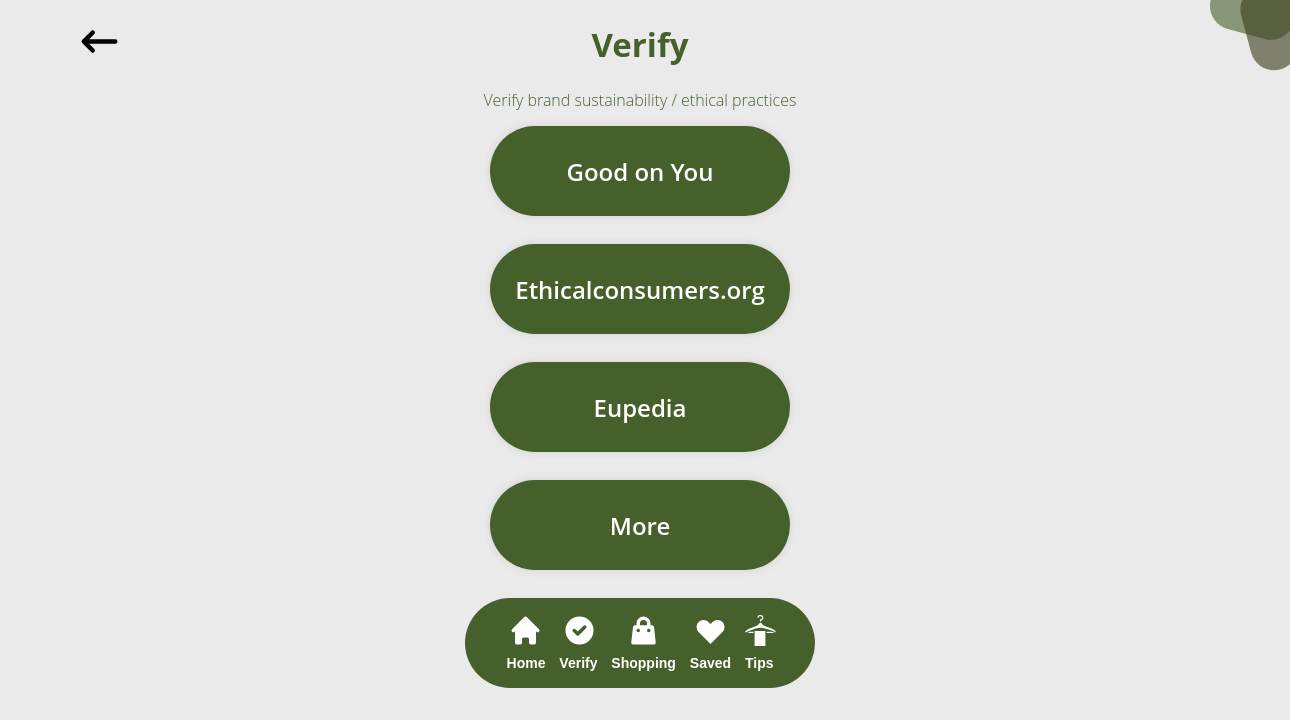
Repository: DevOfHockey/dcdfinal-mobile
Page: /verifier
These files come from the project's save history. The page is drawn as it stood at one moment and after the next save; the edit follows.
The browser window is 1280 px wide. The page is 1290 px wide, so the pictures cover 1290 px, including what lies to the right of the window. The pictures show the whole page.
The project was rebuilt for these pictures with package versions that can differ from the ones it lists, and the page was loaded fresh each time. The framework's server and built-in components were replaced by stand-ins that run in the browser. Also part of the build but not shown: next.config.js, comps/headerimage.js, comps/shopdenimimg.js, pages/denimjacket.js.

Above is the page before, as saved 2022-05-19 13:35:09.

### pages/_app.js
import Menubar from '../comps/menubar';
import '../styles/globals.css'
import '../styles/menubar.css'
import styles from "../styles/Home.module.css"
import FlowerTopRight from '../comps/flower'; //important! to import


function MyApp({ Component, pageProps }) {
  return (
  <>
    <Component {...pageProps} />
    <FlowerTopRight/>
    <Menubar />
  </>
  )
}
export default MyApp

### pages/verifier.js
//1- If u want u can import styled.components & do more styling here
//2- Use router is to route the pages if u want

import HeaderImgs from "../comps/headerimage";
import GreenBar from "../comps/greenbar";
import styles from "../styles/Home.module.css";
import {headerImgs} from "../data/headimgs";
import {useRouter} from 'next/router';
import {HiArrowNarrowLeft} from 'react-icons/hi';
import Fade from 'react-reveal/Fade';

export default function Home(){
    const r = useRouter();

    return <div className={styles.main}>
        <div className="pagetitle">
            <h1 className="header">Verify</h1>
            <p className="subheading">Verify brand sustainability / ethical practices </p>
        </div>

        <div>
        <div className="arrow" onClick={
            ()=>r.push("/")
        }><HiArrowNarrowLeft size="45px" color="black" /></div>
        </div>

        <div>
        <Fade bottom>
        <div onClick={
            ()=>r.push("https://goodonyou.eco/")
        }><GreenBar name="Good on You" /></div>
        <div onClick={
            ()=>r.push("https://goodonyou.eco/")
        }><GreenBar name="Ethicalconsumers.org" /></div>
                <div onClick={
            ()=>r.push("https://goodonyou.eco/")
        }><GreenBar name="Eupedia" /></div>
                <div onClick={
            ()=>r.push("https://goodonyou.eco/")
        }><GreenBar name="More" /></div>
                <div onClick={
            ()=>r.push("https://goodonyou.eco/")
        }></div>
        </Fade>
        </div>

    </div>

}

### comps/menubar.js
import React from "react";
import Head from 'next/head'
import {HiHome, HiCheckCircle, HiShoppingBag, HiHeart} from 'react-icons/hi';
import {GiHanger} from 'react-icons/gi';
import {useRouter} from 'next/router';

function Menubar() {
    const r = useRouter();
    if (r.pathname=== '/'){
        return <div className='menubarcont'>
            </div>
    }



    return <div className='menubarcont'>
        <div className='menubar'>
        <div className='icons'>
            <p onClick={
                ()=>r.push("/home")
            }><HiHome size="35px" color="white"/></p>

            <p onClick={
                ()=>r.push("/verifier")
            }><HiCheckCircle size="35px" color="white"/></p>

            <p onClick={
                ()=>r.push("/shopping")
            }><HiShoppingBag size="35px" color="white"/></p>

            <p onClick={
                ()=>r.push("/saved")
            }><HiHeart size="35px" color="white"/></p>

            <p onClick={
                ()=>r.push("/tips")
            }><GiHanger size="35px" color="white"/></p>
        </div>

        <div className='labels'>
             <p> Home </p>
             <p> Verify </p>
             <p> Shopping </p>
             <p> Saved </p>
             <p> Tips </p>
        </div>
        </div>
    </div>
}

export default Menubar

### styles/globals.css
html,
body {
  padding: 0;
  margin: 0;
  font-family: -apple-system, BlinkMacSystemFont, Segoe UI, Roboto, Oxygen,
    Ubuntu, Cantarell, Fira Sans, Droid Sans, Helvetica Neue, sans-serif;
  background-color: #EBEAEA;
}

a {
  color: inherit;
  text-decoration: none;
}

* {
  box-sizing: border-box;
}

.pagetitle {
  text-align: center;
}

h1.header {
  font-family: 'Open Sans';
  color: #45602B;
  font-size: 33px;
  text-align: center;
}

p.subheading {
  font-family: 'Open Sans';
  color: #45602B;
  font-size: 16px;
  font-weight: 300;
  text-align: center;
}

div.subhead {
  font-family: 'Open Sans';
  color: #45602B;
  font-size: 24px;
  font-weight: 400;
  text-align: center;
  margin-top: -5px;
  margin-bottom: 18px;
}

p.pagedescription {
  display: flex;
  font-family: 'Open Sans';
  color: black;
  font-size: 18px;
  font-weight: 100;
  margin: 30px;
  text-align: justify;
  text-justify: inter-word;
}
/* Green bar */
.green-bar {
  font-family: 'Open Sans';
  font-style: normal;
  width: 300px;
  height: 90px;
  font-weight: 600;
  font-size: 24px;
  line-height: 33px;
  display: flex;
  justify-content:center;
  align-items: center;
  text-align: center;
  border-radius: 60px;
  color: white;
  margin-left: auto;
  margin-right: auto;
  margin-bottom: 28px;
  margin-top: 15px;
  background-color:#45602B;
  box-shadow: 0px 4px 4px rgba(0, 0, 0, 0.25);

  transition: all 0.5s;
  cursor: pointer;

  box-shadow:0 0 10px rgba(0, 0, 0, 0.1);
  -webkit-transition-duration: 0.3s;
  transition-duration: 0.3s;
  -webkit-transition-property: box-shadow, transform;
  transition-property: box-shadow, transform;
  }

  .green-bar:hover, .green-bar:focus, .green-bar:active{
    box-shadow:0 0 20px rgba(0, 0, 0, 0.5);
     -webkit-transform: scale(1.1);
    transform: scale(1.1);
    background-color: #60843e;
   }


  .arrow {
    position: absolute;
    left: 6%;
    top: 2.7%;
  }

.like {
  position: absolute;
  right: 15%;
  top: 18%;
}

.body-text{
  font-family: 'Open Sans';
  font-style: normal;
  width: 321px;
  font-weight: 300;
  font-size: 18px;
  display: flex;
  margin-left: auto;
  margin-right: auto;
  margin-top: 15px;
  left: 43px;
  top: 476px;
  width: 321px;
}

/* START HERE */
.flowercorners {
  position:relative;
  padding:0;
}
.flower-div1, .flower-div2, .flower-div3, .flower-div4 {
  position:fixed;
  margin:0;
  padding: 0;

  width: 160px;
  height: 160px;
}
.flower-div1 {
  top:0;
  left:0;
}
.flower-div2 {
  top:0;
  right:0;
}
.flower-div3 {
  bottom:0;
  left:0;
}
.flower-div4 {
  bottom:0;
  right:0;
}

/* Begin button */
.begin-button {
  font-family: 'Open Sans';
  font-style: normal;
  width: 340px;
  height: 70px;
  font-weight: 500;
  font-size: 20px;
  line-height: 33px;
  display: flex;
  justify-content:center;
  align-items: center;
  text-align: center;
  border-radius: 25px;
  color: white;
  margin-left: auto;
  margin-right: auto;
  margin-bottom: 18px;
  margin-top: 15px;
  background-color:#45602B;
  box-shadow: 0px 4px 4px rgba(0, 0, 0, 0.25);

  position: relative;
  top: 110px;

  transition: all 0.5s;
  cursor: pointer;

  box-shadow:0 0 10px rgba(0, 0, 0, 0.1);
  -webkit-transition-duration: 0.3s;
  transition-duration: 0.3s;
  -webkit-transition-property: box-shadow, transform;
  transition-property: box-shadow, transform;
  }

  .begin-button:hover, .begin-button:focus, .begin-button:active{
    box-shadow:0 0 20px rgba(0, 0, 0, 0.5);
     -webkit-transform: scale(1.1);
    transform: scale(1.1);
    background-color: #60843e;
   }


.revived-logo {
  display: flex;
  justify-content: center;
}

.revived-logo > img {
  width: 75%;
}

### styles/menubar.css
.menubar {
    text-align: center;
    width: 350px;
    height: 90px;
    background: #45602B;
    border-radius: 50px;
    /* position: absolute; - commented this out so that it will be centered and responsive (Marian) */
    /* bottom: 5%;
    left: 5%; */
}

.menubarcont {
    display: flex;
    justify-content: center;
}

.icons {
    text-align: center;
    bottom: -15px;
}

.labels {
    position: relative;
    text-align: center;
    bottom: -15px;
}

.icons p {
    position:relative;
    bottom: -15px;
    margin: 10px;
}

.icons p:first-child {
    position:relative;
    left: -5px;
}

.icons p:nth-child(2) {
    position:relative;
    left: -6px;
}

.icons p:nth-child(3) {
    position:relative;
    left: 3px;
}

.icons p:nth-child(4) {
    position:relative;
    left: 15px;
}

.icons p:nth-child(5) {
    position:relative;
    left: 10px;
}

p {
    font-family: sans-serif;
    font-size: 14px;
    color: white;
    font-weight: bold;
    display: inline;
    margin: 5px;
}

### styles/Home.module.css
.container {
  padding: 0 2rem;
  display: flex;
  align-content: center;
}

.main {
  max-height: 100vh;
  flex: 1;
  display: flex;
  flex-direction: column;
  align-content: center;
  /* justify-content: flex-end; */
}

.footer {
  display: flex;
  flex: 1;
  padding: 2rem 0;
  border-top: 1px solid #eaeaea;
  justify-content: center;
  align-items: center;
}

.footer a {
  display: flex;
  justify-content: center;
  align-items: center;
  flex-grow: 1;
}

.title a {
  color: #0070f3;
  text-decoration: none;
}

.title a:hover,
.title a:focus,
.title a:active {
  text-decoration: underline;
}

.title {
  margin: 0;
  line-height: 1.15;
  font-size: 4rem;
}

.title,
.description {
  text-align: center;
}

.description {
  margin: 4rem 0;
  line-height: 1.5;
  font-size: 1.5rem;
}

.code {
  background: #fafafa;
  border-radius: 5px;
  padding: 0.75rem;
  font-size: 1.1rem;
  font-family: Menlo, Monaco, Lucida Console, Liberation Mono, DejaVu Sans Mono,
    Bitstream Vera Sans Mono, Courier New, monospace;
}

.grid {
  display: flex;
  align-items: center;
  justify-content: center;
  flex-wrap: wrap;
  max-width: 800px;
}

.card {
  margin: 1rem;
  padding: 1.5rem;
  text-align: left;
  color: inherit;
  text-decoration: none;
  border: 1px solid #eaeaea;
  border-radius: 10px;
  transition: color 0.15s ease, border-color 0.15s ease;
  max-width: 300px;
}

.card:hover,
.card:focus,
.card:active {
  color: #0070f3;
  border-color: #0070f3;
}

.card h2 {
  margin: 0 0 1rem 0;
  font-size: 1.5rem;
}

.card p {
  margin: 0;
  font-size: 1.25rem;
  line-height: 1.5;
}

.logo {
  height: 1em;
  margin-left: 0.5rem;
}

/* Denim Jacket Page */
.deniminfo {
  color: #45602B;
  display: inline-block;
  text-align: center;
}

.vintagesherpa {
  font-family: 'Open Sans';
  font-style: normal;
  font-weight: 300;
  font-size: 20px;
  color: #45602B;
  display: inline-block;
  text-align: center;
}

.denimprice {
  font-family: 'Open Sans';
  font-style: normal;
  color: #45602B;
  display: inline-block;
  text-align: center;
}

.denimprice {
  font-family: 'Open Sans';
  font-style: normal;
  color: #45602B;
  display: inline-block;
  font-size: 22px;
  text-align: center;
}

.denimsize {
  font-family: 'Open Sans';
  font-style: normal;
  color: #45602B;
  display: inline-block;
  text-align: center;
}

.denimprice {
  font-family: 'Open Sans';
  font-style: normal;
  color: #45602B;
  display: inline-block;
  text-align: center;
}

.denimdescription {
  font-family: 'Open Sans';
  font-style: normal;
  color: #45602B;
  display: inline-block;
  font-weight: 200;
  text-align: center;
}

.buttoncont {
  display: flex;
  margin-top: 10px;
  justify-content: center;
}

.contactbutton {
  background-color:#45602B;
  border: none;
  color: white;
  padding: 15px 32px;
  text-align: center;
  text-decoration: none;
  font-size: 16px;
  font-weight: 500;
  border-radius: 25px;
}

@media (max-width: 600px) {
  .grid {
    width: 100%;
    flex-direction: column;
  }
}

### comps/flower.js
import styled from 'styled-components'; //There's the option to style e.g. flower 1, 2, 3 & 4 (or 10+ things here) & add it as 1 component!

const FlowerTopRight = styled.div`
position:absolute;
margin:0;
padding: 0;

width: 160px;
height: 160px;

top:0;
right:0;
`;

export default function Flower () { //flowertopright is a styled.div, which replaces what would be "flower-div2"

   return <FlowerTopRight>
        <img src="/flowerTR.svg" alt="Flower icon"/>
    </FlowerTopRight>

}

### comps/greenbar.js
function GreenBar (props) {

    return <div className='green-bar'><span>{props.name}</span>
    </div>
}

export default GreenBar

### data/headimgs.js
import DenimImage from "../comps/shopdenimimg";
import DenimJacket from "../pages/denimjacket";

export const headerImgs = [
    "/clothing.webp",
];

export const hacksImgs = [
    "/heels.jpg",
];

export const mendingImgs = [
    "/holes.jpg",
];

export const careImgs = [
    "/washing.jpg",
];

export const beforeImgs = [
    "/one.jpg",
];

export const aboutImgs = [
    "/shirt.jpeg",
];

export const DenimImg = [
    "/shopdenimjacket.jpeg"
]

After the next save:
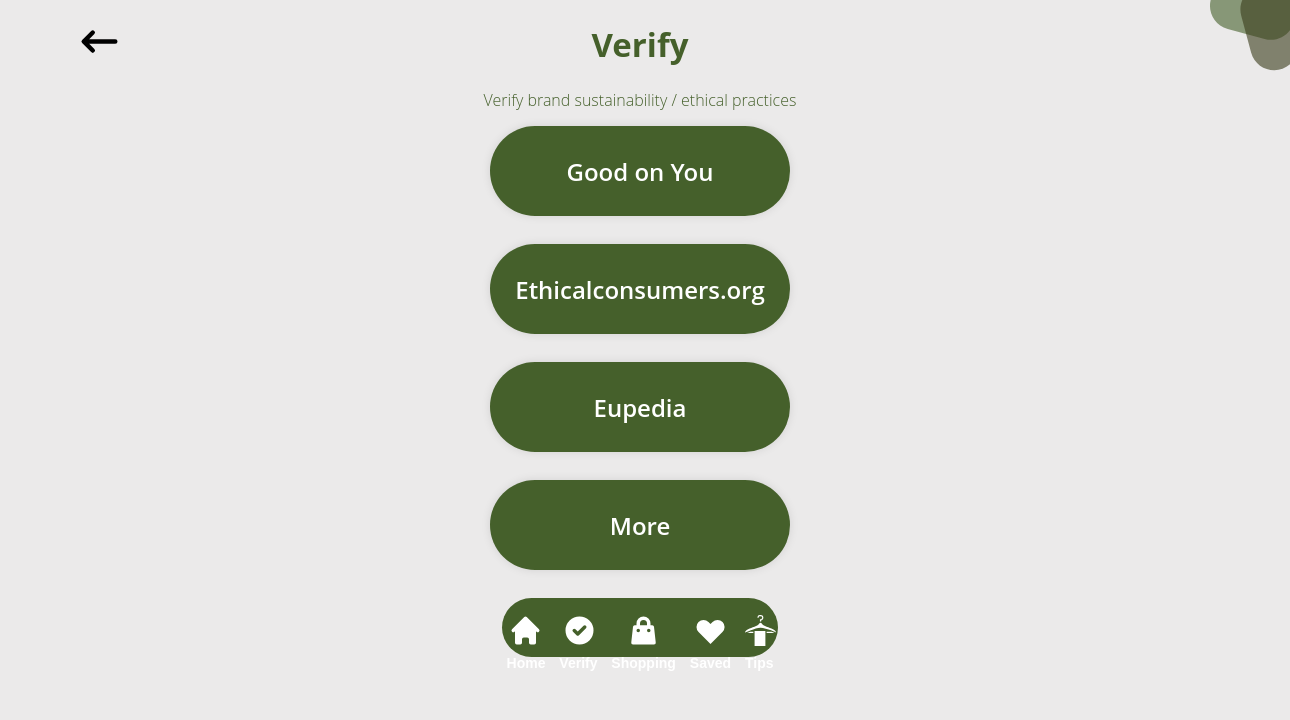
Saved 49 s later.
--- a/styles/menubar.css
+++ b/styles/menubar.css
@@ -1,7 +1,7 @@
 .menubar {
     text-align: center;
-    width: 350px;
-    height: 90px;
+    /* width: 350px;
+    height: 90px; */
     background: #45602B;
     border-radius: 50px;
     /* position: absolute; - commented this out so that it will be centered and responsive (Marian) */

After the save that followed:
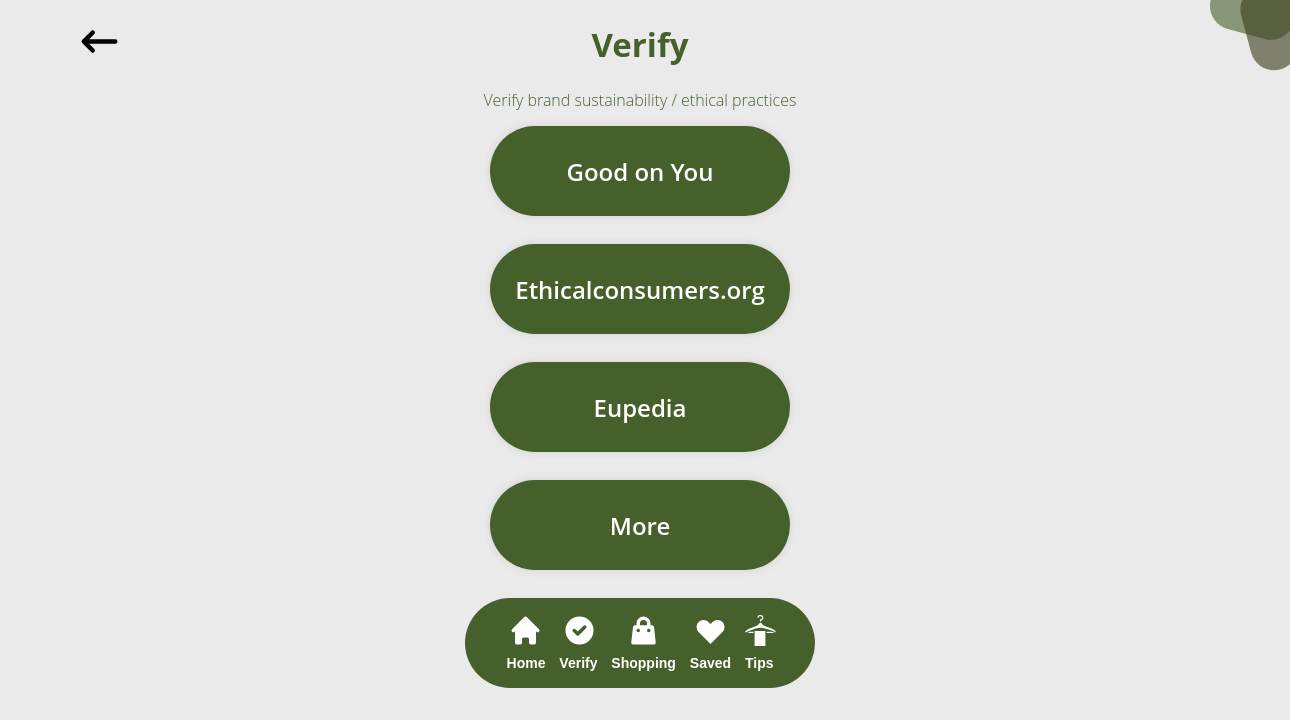
Saved 25 s later.
--- a/styles/menubar.css
+++ b/styles/menubar.css
@@ -1,7 +1,7 @@
 .menubar {
     text-align: center;
-    /* width: 350px;
-    height: 90px; */
+    width: 350px;
+    height: 90px;
     background: #45602B;
     border-radius: 50px;
     /* position: absolute; - commented this out so that it will be centered and responsive (Marian) */
